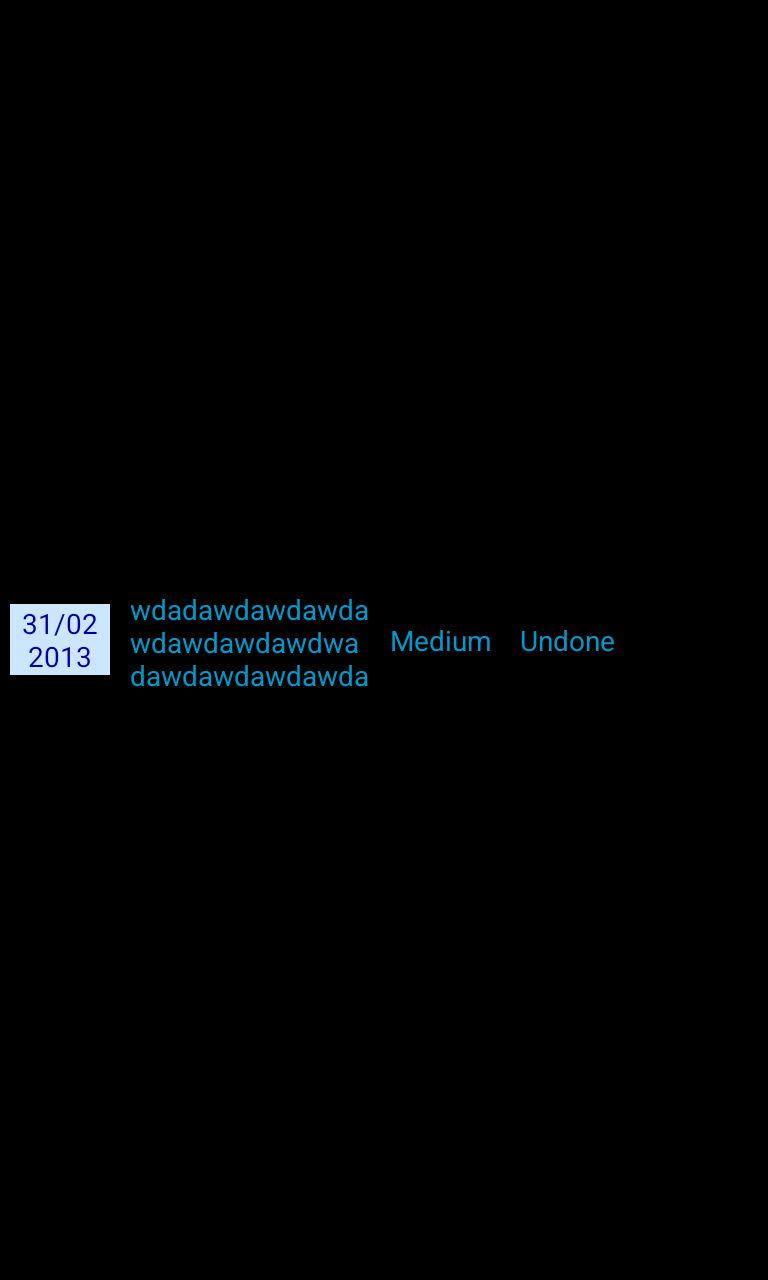
Repository: titango/androidass1
Layout: uTask/res/layout/task_list_item.xml
These files come from the project's save history. The layout is drawn as it stood at one moment and after the next save; the edit follows.
It is drawn on a 768 x 1280 px phone screen (xhdpi) without system bars, with theme NoActionBar; the app's code is not run.

Above is the layout before, as saved 2013-03-31 23:42:23.

### uTask/res/layout/task_list_item.xml
<?xml version="1.0" encoding="utf-8"?>
<LinearLayout xmlns:android="http://schemas.android.com/apk/res/android"
    android:layout_width="wrap_content"
    android:layout_height="wrap_content"
    android:gravity="left|center"
    android:paddingBottom="5dp"
    android:paddingLeft="5dp"
    android:paddingTop="5dp" >

    <TextView
        android:id="@+id/task_list_item_date"
        android:layout_width="50dp"
        android:layout_height="wrap_content"
        android:background="@color/lightblue"
        android:gravity="center"
        android:text="31/02 2013"
        android:textColor="@color/darkblue" >
    </TextView>

    <TextView
        android:id="@+id/task_list_item_title"
        android:layout_width="120dp"
        android:layout_height="50dp"
        android:layout_marginLeft="10dp"
        android:text="wdadawdawdawdawdawdawdawdwadawdawdawdawdawdawdawdawdawdaw"
        android:textColor="#0099CC" >
    </TextView>

    <TextView
        android:id="@+id/task_list_item_priority"
        android:layout_width="55dp"
        android:layout_height="wrap_content"
        android:layout_marginLeft="10dp"
        android:text="Medium"
        android:textColor="#0099CC" >
    </TextView>

    <TextView
        android:id="@+id/task_list_item_status"
        android:layout_width="50dp"
        android:layout_height="wrap_content"
        android:layout_marginLeft="10dp"
        android:text="Undone"
        android:textColor="#0099CC" >
    </TextView>

</LinearLayout>

### uTask/res/values/colors.xml
<?xml version="1.0" encoding="utf-8"?>
<resources>
    <color name="white">#FFFFFF</color>
    <color name="black">#000000</color>
    <color name="darkblue">#0000A0</color>
    <color name="lightblue">#CCE6FF</color>
    <color name="lightyellow">#FFFFCC</color>
    <color name="superlightyellow">#FFFFE5</color>
    <color name="lightorange">#FFCC33</color>
    <color name="darkorange">#FFBF00</color>
    <color name="lowlightgreen">#00FF99</color>

</resources>

Loaded but not shown: uTask/res/values/styles.xml (common file)

After the next save:
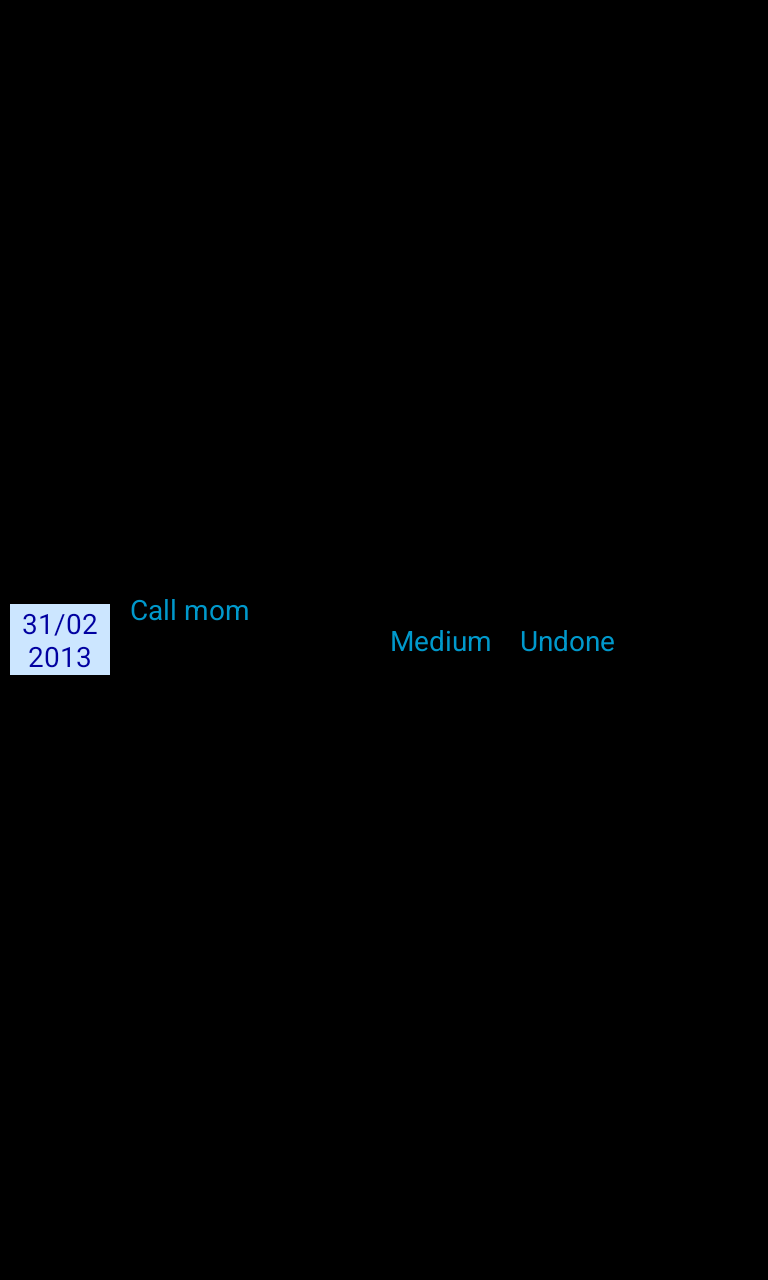
Saved 13 s later.
--- a/uTask/res/layout/task_list_item.xml
+++ b/uTask/res/layout/task_list_item.xml
@@ -22,7 +22,7 @@
         android:layout_width="120dp"
         android:layout_height="50dp"
         android:layout_marginLeft="10dp"
-        android:text="wdadawdawdawdawdawdawdawdwadawdawdawdawdawdawdawdawdawdaw"
+        android:text="Call mom"
         android:textColor="#0099CC" >
     </TextView>
 
